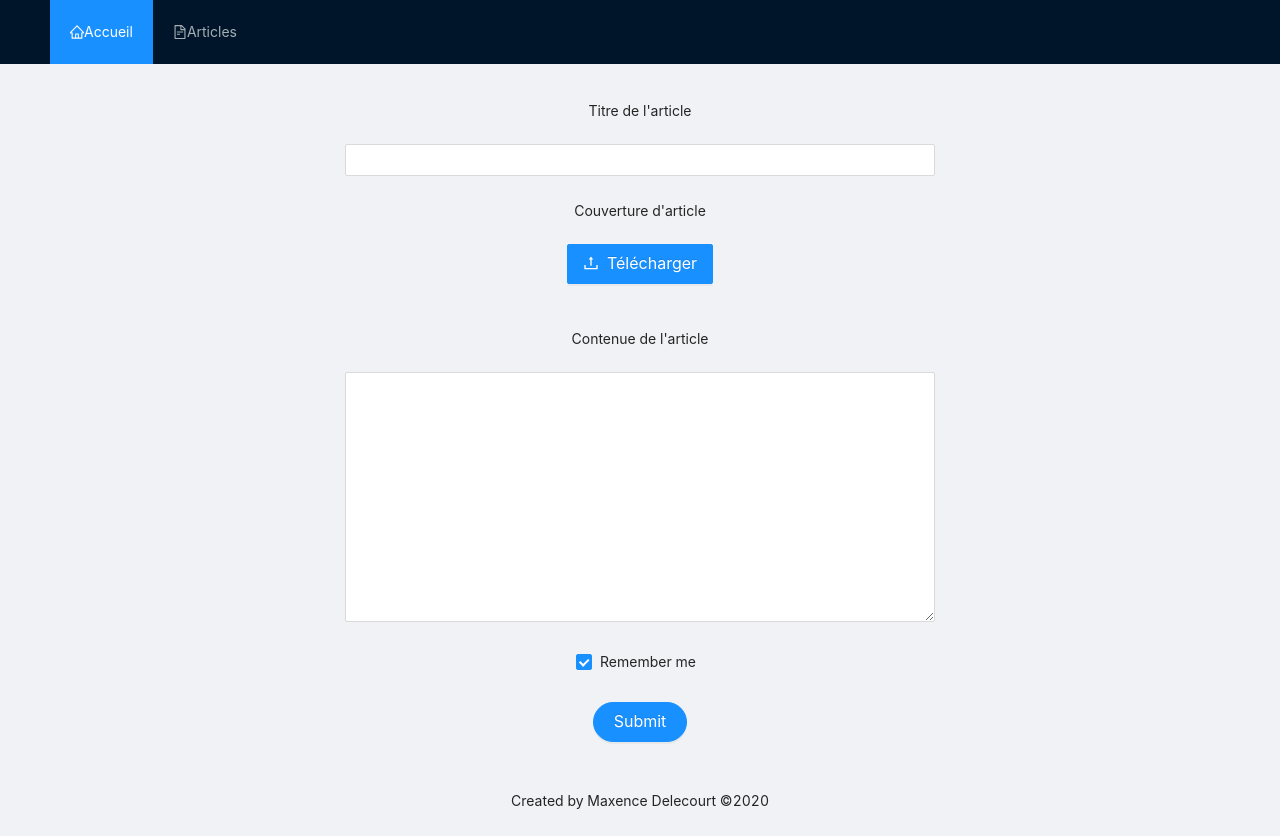
Repository: MaxenceDelecourt/ReactBlog
Page: /AddPost
An editor plug-in stored every save of this project. The page is shown before and after the next save, followed by the edit.
The browser window is 1280 px wide. The pictures show the whole page.
The project was rebuilt for these pictures with package versions that can differ from the ones it lists, and the page was loaded fresh each time. Also part of the build but not shown: src/Accueil/Accueil.js, src/Service/client.js, src/Api/Api.js, src/Post/Post.js, src/PostDescription/PostDescription.js, src/Admin/Admin.js, src/Admin/AdminDashboard.js.

Above is the page before, as saved 2020-06-04 11:26:16.

### public/index.html
<!DOCTYPE html>
<html lang="en">
  <head>
    <meta charset="utf-8" />
    <link rel="icon" href="%PUBLIC_URL%/favicon.ico" />
    <meta name="viewport" content="width=device-width, initial-scale=1" />
    <meta name="theme-color" content="#000000" />
    <meta
      name="description"
      content="Web site created using create-react-app"
    />
    <link rel="apple-touch-icon" href="%PUBLIC_URL%/logo192.png" />
    <!--
      manifest.json provides metadata used when your web app is installed on a
      user's mobile device or desktop. See https://developers.google.com/web/fundamentals/web-app-manifest/
    -->
    <link rel="manifest" href="%PUBLIC_URL%/manifest.json" />
    <!--
      Notice the use of %PUBLIC_URL% in the tags above.
      It will be replaced with the URL of the `public` folder during the build.
      Only files inside the `public` folder can be referenced from the HTML.

      Unlike "/favicon.ico" or "favicon.ico", "%PUBLIC_URL%/favicon.ico" will
      work correctly both with client-side routing and a non-root public URL.
      Learn how to configure a non-root public URL by running `npm run build`.
    -->
    <title>Test Blog</title>
  </head>
  <body>
    <noscript>You need to enable JavaScript to run this app.</noscript>
    <div id="root"></div>
    <!--
      This HTML file is a template.
      If you open it directly in the browser, you will see an empty page.

      You can add webfonts, meta tags, or analytics to this file.
      The build step will place the bundled scripts into the <body> tag.

      To begin the development, run `npm start` or `yarn start`.
      To create a production bundle, use `npm run build` or `yarn build`.
    -->
  </body>
</html>

### src/App.js
import React from 'react';
import 'antd/dist/antd.css'
import './App.css';
import { BrowserRouter as Router, Route } from 'react-router-dom'
import { Layout } from 'antd';
import Navigation from './Navigation/Navigation'
import Accueil from './Accueil/Accueil'
import Post from './Post/Post'
import PostDescription from './PostDescription/PostDescription'
import Admin from './Admin/Admin'
import ModifyPost from './Admin/ModifyPost'
import AdminDashboard from './Admin/AdminDashboard'


const { Header, Footer, Content } = Layout;

function App(){
  return(
    <div className='App'>
        <Layout className="layout">
          <Router>
            <Header style={{position: 'fixed', width: '100%', zIndex:'999'}}>
                <Navigation/>
            </Header>
            <Content style={{ padding: '0 50px', width: '100%', height: '100%', marginTop: 100}}>
              <Route path='/' exact component={Accueil}/>
              <Route path='/Post' exact component={Post}/>
              <Route path='/PostDescription/:slug' exact component={PostDescription}/>
              <Route path='/MaxAdmin' exact component={Admin}/>
              <Route path='/Dashboard' exact component={AdminDashboard}/>
              <Route path='/AddPost' exact component={ModifyPost}/>
            </Content>
          </Router>
          <Footer style={{ textAlign: 'center', bottom: 0, width: '100%'}}>Created by Maxence Delecourt ©2020 </Footer>
      </Layout>
    </div>
  );
}

export default App;

### src/Navigation/Navigation.js
import React from 'react'
import { Menu } from 'antd';
import { Link } from 'react-router-dom'
import { FileTextOutlined, HomeOutlined } from '@ant-design/icons';


function Navigation (){
    return(
        <div>
            <div className="logo" />
            <Menu theme="dark" mode="horizontal" defaultSelectedKeys={['1']}>
                <Menu.Item key="1"><HomeOutlined /><Link to='/'>Accueil</Link></Menu.Item>
                <Menu.Item key="2"><FileTextOutlined /><Link to='/Post'>Articles</Link></Menu.Item>
            </Menu>
        </div>
    );

}

export default Navigation;

### src/Admin/ModifyPost.js
import React from 'react';
import 'antd/dist/antd.css';
import { Form, Input, Button, Checkbox, Col, Upload} from 'antd';
import { UploadOutlined } from '@ant-design/icons';

const AddPost = () => {
    const onFinish = values => {
        console.log('Success:', values);
    };

    const onFinishFailed = errorInfo => {
        console.log('Failed:', errorInfo);
    };

    return (
        <div>
            <Form name="basic" initialValues={{ remember: true, }} onFinish={onFinish} onFinishFailed={onFinishFailed}>
                <span>Titre de l'article</span>
                <br />
                <br />
                <Col className="gutter-row" span={12} offset={6}>
                    <Form.Item name="username" rules={[{ required: true, message: 'Votre pseudo n\'à pas été entré', },]}>
                        <Input/>
                    </Form.Item>
                    <span>Couverture d'article</span>
                    <br />
                    <br />
                    <Upload>
                        <Button size='large' type="primary">
                            <UploadOutlined /> Télécharger
                        </Button>
                    </Upload>
                    <br />
                    <br />
                    <span>Contenue de l'article</span>
                    <br />
                    <br />
                    <Form.Item name='introduction'>
                        <Input.TextArea style={{height: '250px'}} />
                     </Form.Item>
                    <Form.Item name="remember" valuePropName="checked">
                        <Checkbox>Remember me</Checkbox>
                    </Form.Item>
                    <Form.Item>
                        <Button type="primary" shape="round" size='large' htmlType="submit">
                            Submit
                        </Button>
                    </Form.Item>
                </Col>
            </Form>
        </div>
    );
}

export default AddPost;

Loaded but not shown: src/index.js (common file); src/index.css (common file); src/serviceWorker.js (common file); src/App.css (common file)

After the next save:
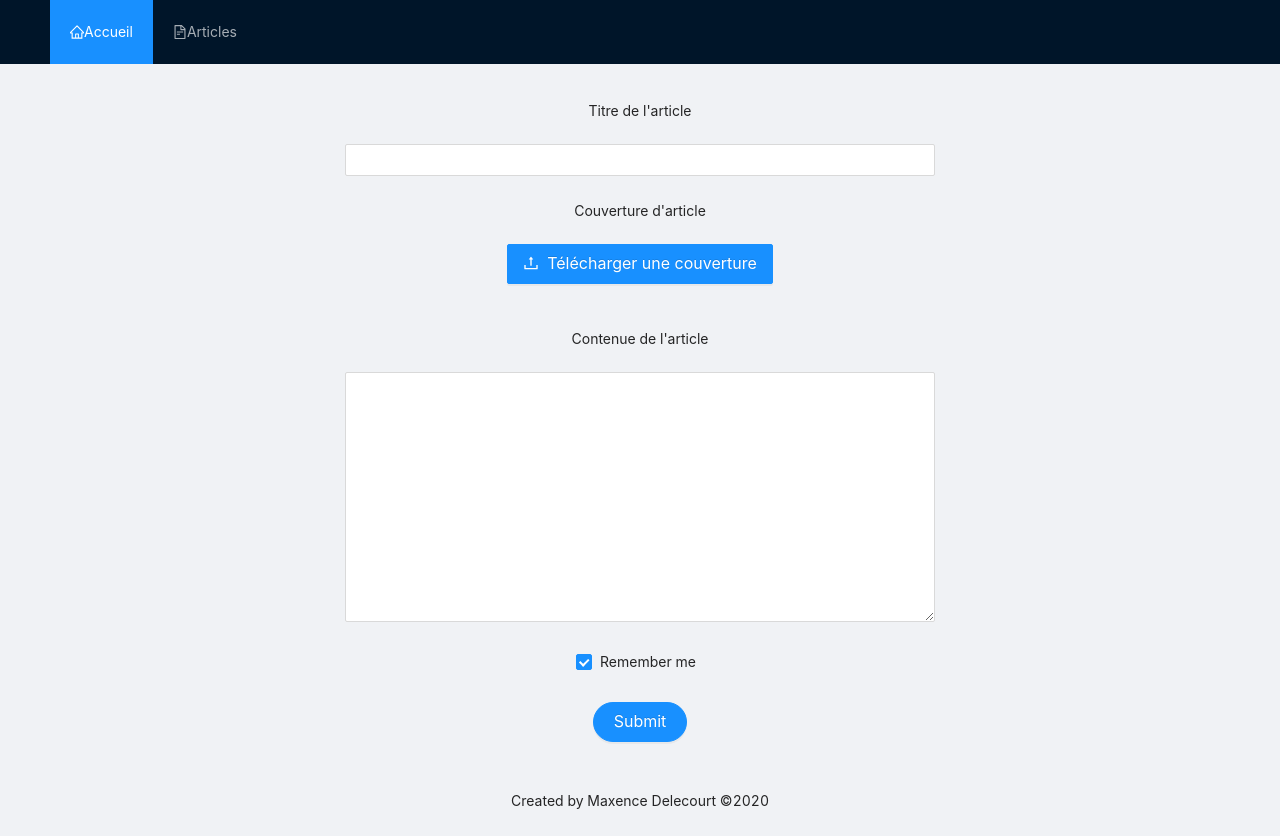
Saved 17 s later.
--- a/src/Admin/ModifyPost.js
+++ b/src/Admin/ModifyPost.js
@@ -27,7 +27,7 @@
                     <br />
                     <Upload>
                         <Button size='large' type="primary">
-                            <UploadOutlined /> Télécharger
+                            <UploadOutlined /> Télécharger une couverture
                         </Button>
                     </Upload>
                     <br />

After the save that followed:
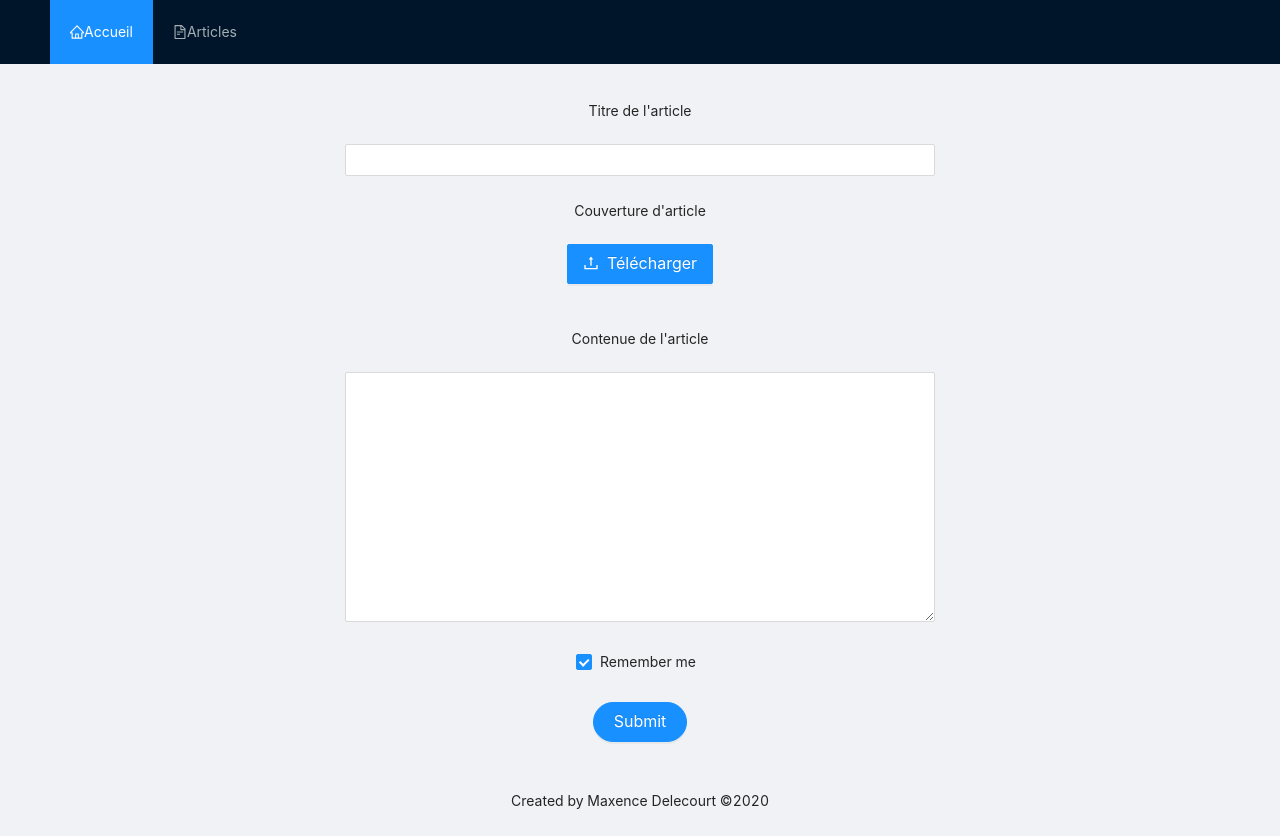
Saved 8 s later.
--- a/src/Admin/ModifyPost.js
+++ b/src/Admin/ModifyPost.js
@@ -27,7 +27,7 @@
                     <br />
                     <Upload>
                         <Button size='large' type="primary">
-                            <UploadOutlined /> Télécharger une couverture
+                            <UploadOutlined /> Télécharger
                         </Button>
                     </Upload>
                     <br />
